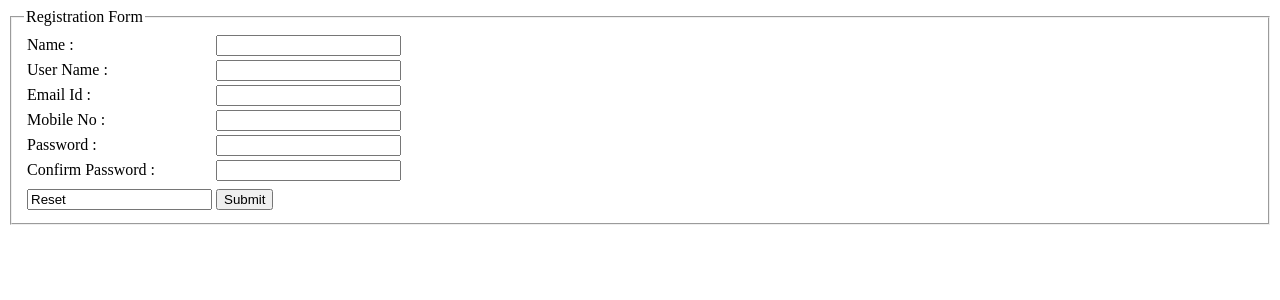
Repository: nosranijuned/WebRegister
Page: WebRegister/WebContent/view/RegistrationPage.html
An editor plug-in stored every save of this project. The page is shown before and after the next save, followed by the edit.
The browser window is 1280 px wide. The pictures show the whole page.

Above is the page before, as saved 2019-03-12 06:24:25.

After the next save:
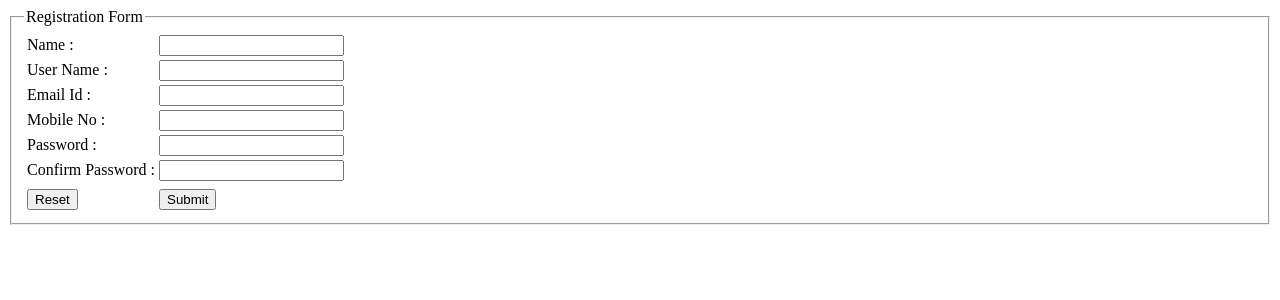
Saved 70 s later.
--- a/WebRegister/WebContent/view/RegistrationPage.html
+++ b/WebRegister/WebContent/view/RegistrationPage.html
@@ -16,7 +16,7 @@
 			<tr><td>Password : </td><td><input type="password" name="pass"></td></tr>
 			<tr><td>Confirm Password :</td><td><input type="password" name="cpass"></td></tr>
 			<tr><td></td><td></td></tr>
-			<tr><td><input type="text" value="Reset"></td><td><input type="submit" value="Submit"></td></tr>
+			<tr><td><input type="reset" value="Reset"></td><td><input type="submit" value="Submit"></td></tr>
 		</table>
 	</fieldset>
 </form>
